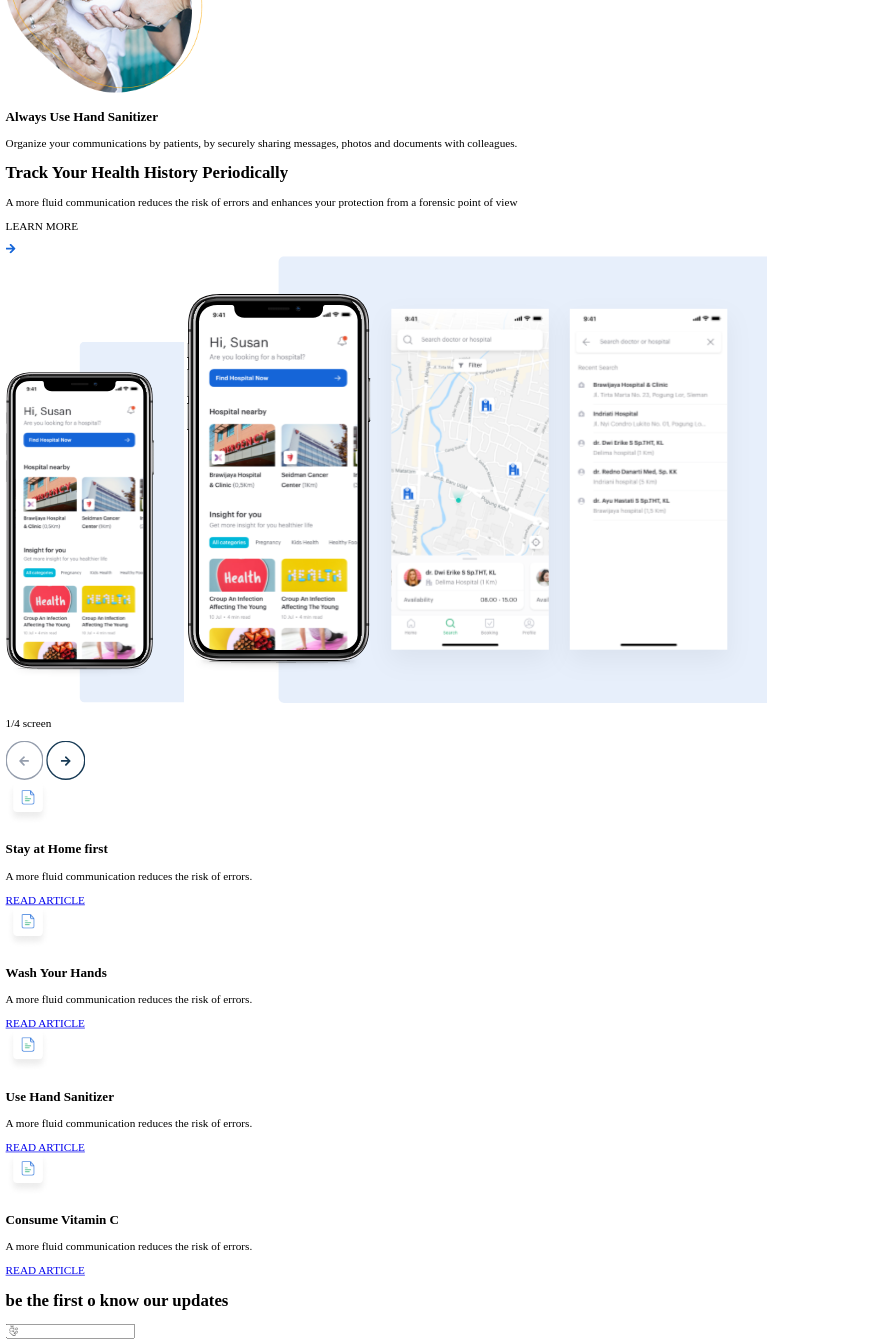
Repository: Esttevo/prova-html-css
Page: index.html
An editor plug-in stored every save of this project. The page is shown before and after a run of saves, followed by the edit.
The browser window is 1280 px wide. The pictures show the part of the page from y = 3453 to 5373 px (the page is 5373 px tall before and 5344 px after), at 70% of full size.
A picture or video elsewhere on the page could not be fetched, so the positions and the page height are approximate.

Above is the page before, as saved 2026-08-31 18:40:22.

After the next 2 saves:
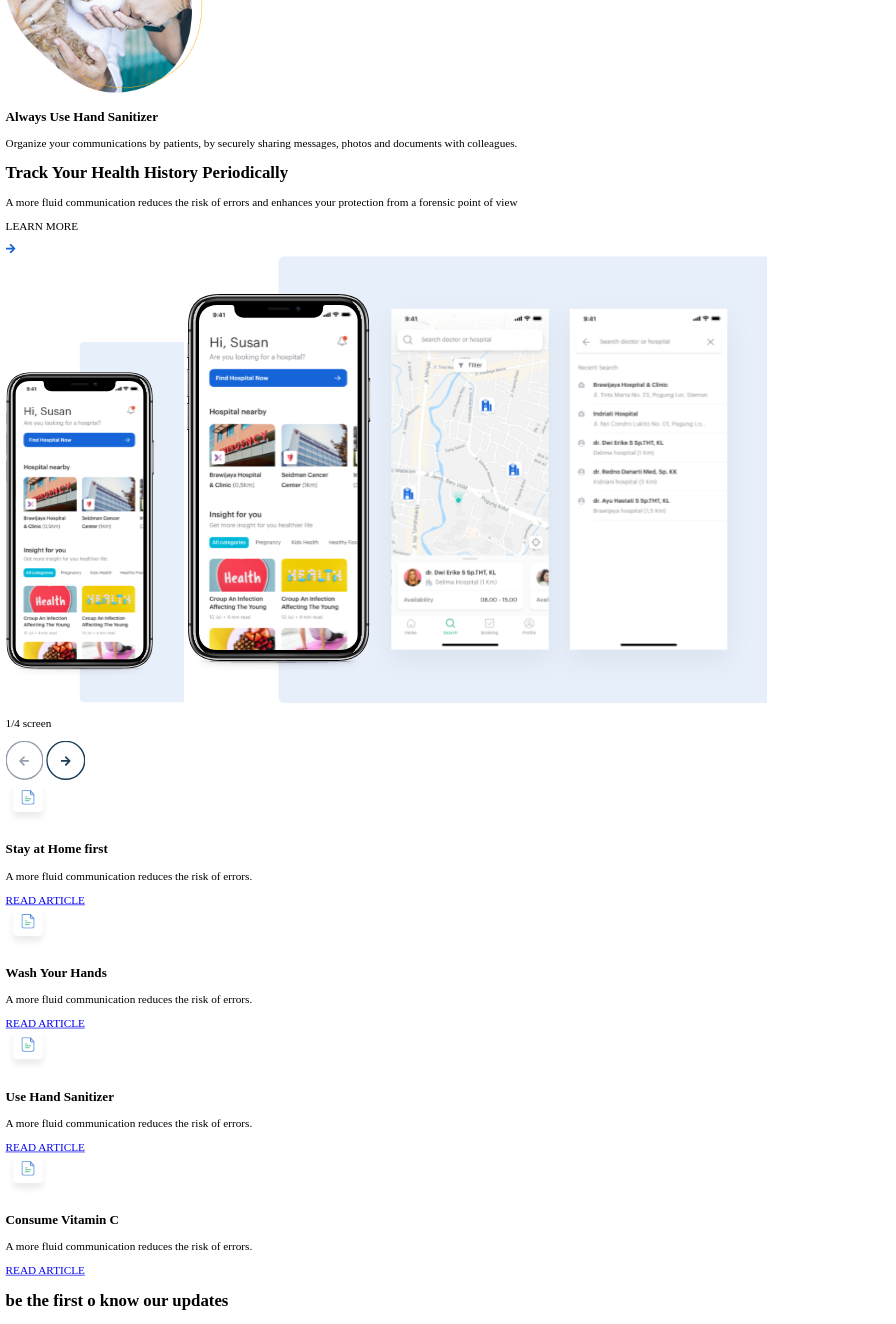
The 2 saves are shown as one change because they came seconds apart.
The last was saved 7 s later.
--- a/index.html
+++ b/index.html
@@ -333,7 +333,7 @@
 
             <form action="#">
 
-                <input  type="text" id="name" name="name" placeholder="&#xF02">
+                <input  type="text" id="name" name="name" placeholder="&#xF02; Teste
             </form>
         </section>
     </main>
